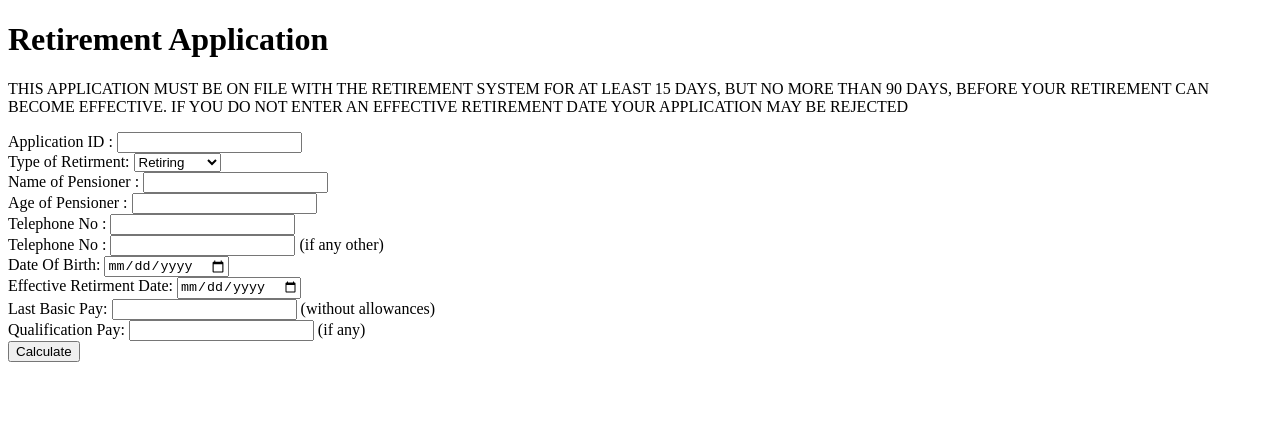
Repository: AQSA-ABDULLAH/RetirementManagmentSystem
Page: RetimentManagmentSystem/src/main/webapp/RetirementApplicationForm.html
The author's editor kept a copy of each file at every save. The page is drawn from the files as they stood at one save, then again after the next save.
The browser window is 1280 px wide. The pictures show the whole page.

Above is the page before, as saved 2023-08-13 18:27:32.

### RetimentManagmentSystem/src/main/webapp/RetirementApplicationForm.html
<!DOCTYPE html>
<html>
<head>
<meta charset="ISO-8859-1">
<title>Retirment Application</title>
</head>
<body>
  <h1>Retirement Application</h1>
  <form method="post" action="myservlet">

	<p>THIS APPLICATION MUST BE ON FILE WITH THE RETIREMENT SYSTEM FOR AT LEAST 15 DAYS, BUT NO MORE THAN 90
DAYS, BEFORE YOUR RETIREMENT CAN BECOME EFFECTIVE. IF YOU DO NOT ENTER AN EFFECTIVE RETIREMENT DATE
YOUR APPLICATION MAY BE REJECTED</p>

	<label for="id">Application ID :</label>
    <input type="number" id="id" required><br>

	<label for="type">Type of Retirment:</label>
	<select id="fruits" name="fruits">
		<option value="apple">Retiring</option>
		<option value="banana">Banana</option>
        <option value="orange">Orange</option>
        <option value="grape">Grape</option>
        <option value="strawberry">Strawberry</option>
      </select><br>

    <label for="name">Name of Pensioner :</label>
    <input type="text" id="name" required><br>

    <label for="age">Age of Pensioner :</label>
    <input type="number" id="age" required><br>

    <label for="phoneno">Telephone No :</label>
    <input type="number" id="phoneno" required><br>

    <label for="phoneno">Telephone No :</label>
    <input type="number" id="phoneno" required>
    <span>(if any other)</span><br>

    <label for="DateBirth">Date Of Birth:</label>
    <input type="date" id="DateBirth" required><br>

    <label for="DateRetirment">Effective Retirment Date:</label>
    <input type="date" id="DateRetirment" required><br>

    <label for="BasicPay">Last Basic Pay:</label>
    <input type="number" id="BasicPay" required>
    <span>(without allowances)</span><br>

    <label for="QualificationPay">Qualification Pay:</label>
    <input type="number" id="QualificationPay">
    <span>(if any)</span><br>

    <button type="button" onclick="calculatePension()">Calculate</button>
  </form>

  <p id="result"></p>
</body>
</html>

After the next save:
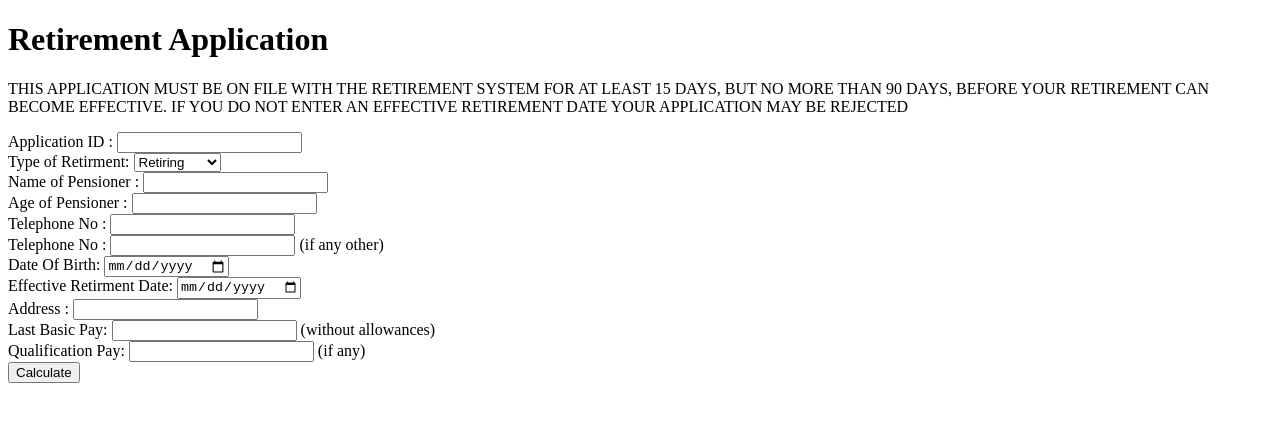
Saved 57 s later.
--- a/RetimentManagmentSystem/src/main/webapp/RetirementApplicationForm.html
+++ b/RetimentManagmentSystem/src/main/webapp/RetirementApplicationForm.html
@@ -43,6 +43,9 @@ YOUR APPLICATION MAY BE REJECTED</p>
     <label for="DateRetirment">Effective Retirment Date:</label>
     <input type="date" id="DateRetirment" required><br>
 
+    <label for="address">Address :</label>
+    <input type="text" id="address" required><br>
+
     <label for="BasicPay">Last Basic Pay:</label>
     <input type="number" id="BasicPay" required>
     <span>(without allowances)</span><br>
